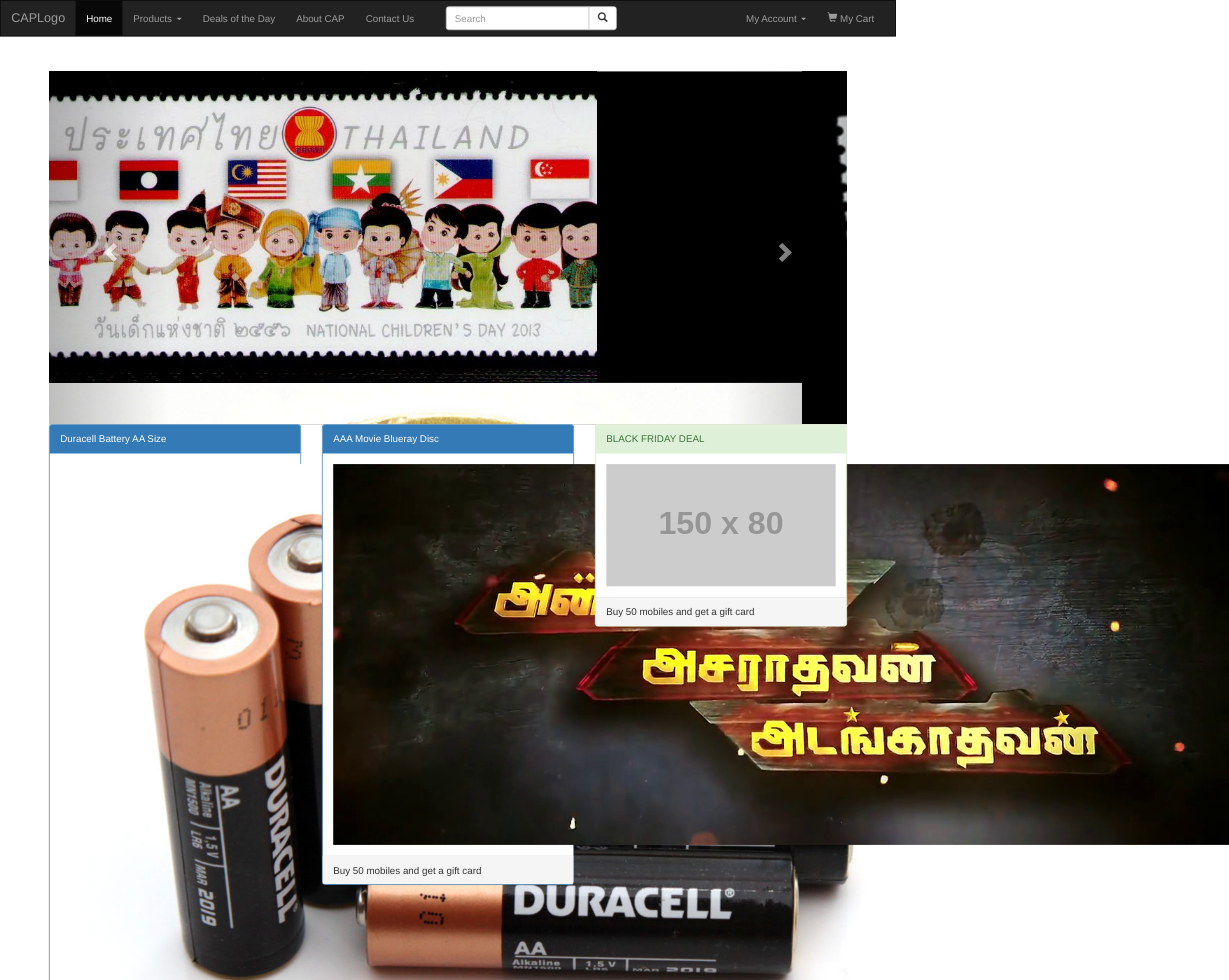
Repository: Guru-Raghavendran/CoinsAndPapers_webapp
Page: http://localhost/FrontEnd/WEB-INF/views/Home.jsp
The author's editor kept a copy of each file at every save. The page is drawn from the files as they stood at one save, then again after the next save.
The browser window is 1280 px wide. The page is 1756 px wide, so the pictures cover 1756 px, including what lies to the right of the window. The pictures show the part of the page from y = 0 to 1400 px (the page is 2304 px tall), at 70% of full size.
The page is served by Tomcat 9. Nobody is signed in. Other server files are loaded and not shown. The template is opened directly, without the code that normally fills it, so the values that code supplies are empty.

Above is the page before, as saved 2018-04-16 07:14:15.

### FrontEnd/src/main/webapp/WEB-INF/views/Home.jsp
<%@page isELIgnored="false" %>
<%@taglib uri="http://java.sun.com/jsp/jstl/core" prefix="c"%>
<%@taglib uri="http://www.springframework.org/tags/form" prefix="form"%>

<!DOCTYPE html>
<html lang="en">
<head>
<title>Home - Coppers and Papers</title>
<meta charset="utf-8">
<meta name="viewport" content="width=device-width, initial-scale=1">
<link rel="stylesheet"
	href="https://maxcdn.bootstrapcdn.com/bootstrap/3.3.7/css/bootstrap.min.css">
<script
	src="https://ajax.googleapis.com/ajax/libs/jquery/3.3.1/jquery.min.js"></script>
<script
	src="https://maxcdn.bootstrapcdn.com/bootstrap/3.3.7/js/bootstrap.min.js"></script>
<style>
/* Remove the navbar's default rounded borders and increase the bottom margin */
.navbar {
	margin-bottom: 50px;
	border-radius: 0;
}

/* Remove the jumbotron's default bottom margin */
.jumbotron {
	margin-bottom: 0;
}
/* .myCarousel{
  width:100vw;
  height:100vh;
} */
#myCarousel{
overflow:hidden;
background-color:black;

}
.carousel-inner{
  width:100%;
  height: 70vh ;

}

/* Add a gray background color and some padding to the footer */
footer {
	background-color: #f2f2f2;
	padding: 25px;
}
</style>
</head>
<body>

	<%@include file="NavBar.jsp" %>



	<div class="container fluid">
	<div id="myCarousel" class="carousel slide" data-ride="carousel">
  <!-- Indicators -->
  <ol class="carousel-indicators">
    <li data-target="#myCarousel" data-slide-to="0" class="active"></li>
    <li data-target="#myCarousel" data-slide-to="1"></li>
    <li data-target="#myCarousel" data-slide-to="2"></li>
  </ol>

  <!-- Wrapper for slides -->
  <div class="carousel-inner">
    <div class="item active">
      <img style="position: center;" src="<c:url value="/resources/images/stamp_thailand_childrensday2013.jpeg" />" alt="Image" style="width:100%;">
    </div>

    <div class="item">
      <img src="<c:url value="/resources/images/stampcollecting5-carousel5.jpg"/>" alt ="Image"style="width:100%;">
    </div>

    <div class="item-center">
      <img src="<c:url value="/resources/images/one mohur india.jpg"/>" alt ="Image"style="width:100%;">
    </div>
  </div>

  <!-- Left and right controls -->
  <a class="left carousel-control" href="#myCarousel" data-slide="prev">
    <span class="glyphicon glyphicon-chevron-left"></span>
    <span class="sr-only">Previous</span>
  </a>
  <a class="right carousel-control" href="#myCarousel" data-slide="next">
    <span class="glyphicon glyphicon-chevron-right"></span>
    <span class="sr-only">Next</span>
  </a>
</div>


</div>

	<div class="container">
		<div class="row">
			<div class="col-sm-4">
				<div class="panel panel-primary">
					<div class="panel-heading">Duracell Battery AA Size</div>
					<div class="panel-body">
						<img src="/FrontEnd/src/main/webapp/WEB-INF/resources/images/Duracell AA.jpg"
							style="width: 100% height:75vh" alt="Image">
					</div>
					<div class="panel-footer">Our Price:25/- only</div>
				</div>
			</div>
			<div class="col-sm-4">
				<div class="panel panel-primary">
					<div class="panel-heading">AAA Movie Blueray Disc</div>
					<div class="panel-body">
						<img src="AAA.jpg"  style="width: 100% height:75vh"
							alt="Image">
					</div>
					<div class="panel-footer">Buy 50 mobiles and get a gift card</div>
				</div>
			</div>
			<div class="col-sm-4">
				<div class="panel panel-success">
					<div class="panel-heading">BLACK FRIDAY DEAL</div>
					<div class="panel-body">
						<img src="https://placehold.it/150x80?text=IMAGE"
							class="img-responsive" style="width: 100%" alt="Image">
					</div>
					<div class="panel-footer">Buy 50 mobiles and get a gift card</div>
				</div>
			</div>
		</div>
	</div>
	<br>

	<div class="container">
		<div class="row">
			<div class="col-sm-4">
				<div class="panel panel-primary">
					<div class="panel-heading">Summer Sale</div>
					<div class="panel-body">
						<img src="https://placehold.it/150x80?text=IMAGE"
							class="img-responsive" style="width: 100%" alt="Image">
					</div>
					<div class="panel-footer">Buy 50 mobiles and get a gift card</div>
				</div>
			</div>
			<div class="col-sm-4">
				<div class="panel panel-primary">
					<div class="panel-heading">BLACK FRIDAY DEAL</div>
					<div class="panel-body">
						<img src="https://placehold.it/150x80?text=IMAGE"
							class="img-responsive" style="width: 100%" alt="Image">
					</div>
					<div class="panel-footer">Buy 50 mobiles and get a gift card</div>
				</div>
			</div>
			<div class="col-sm-4">
				<div class="panel panel-primary">
					<div class="panel-heading">BLACK FRIDAY DEAL</div>
					<div class="panel-body">
						<img src="https://placehold.it/150x80?text=IMAGE"
							class="img-responsive" style="width: 100%" alt="Image">
					</div>
					<div class="panel-footer">Buy 50 mobiles and get a gift card</div>
				</div>
			</div>
		</div>
	</div>
	<br>
	<br>

	<footer class="container-fluid text-center">
		<p>Online Store Copyright</p>
		<form class="form-inline">
			Get deals: <input type="email" class="form-control" size="50"
				placeholder="Email Address">
			<button type="button" class="btn btn-danger">Sign Up</button>
		</form>
		<h2>Payment Options</h2>
		<img src="payment.JPG">


	</footer>

</body>
</html>

### FrontEnd/src/main/webapp/WEB-INF/views/NavBar.jsp
<%@page isELIgnored="false" %>
     <%@taglib uri="http://java.sun.com/jsp/jstl/core" prefix="c"%>
     <%@taglib uri="http://www.springframework.org/tags/form" prefix="form"%>
<!DOCTYPE html>
<html>
<head>
<meta http-equiv="Content-Type" content="text/html; charset=ISO-8859-1">

</head>
<body>

	<nav class="navbar navbar-inverse">
		<div class="container-fluid">
			<div class="navbar-header">
				<button type="button" class="navbar-toggle" data-toggle="collapse"
					data-target="#myNavbar">
					<span class="icon-bar"></span> <span class="icon-bar"></span> <span
						class="icon-bar"></span>
				</button>
				<a class="navbar-brand" href="#">CAPLogo</a>
			</div>
			<div class="collapse navbar-collapse" id="myNavbar">
				<ul class="nav navbar-nav">
					<li class="active"><a href=" ">Home</a></li>

					<li class="dropdown"><a class="dropdown-toggle"
						data-toggle="dropdown" href="#">Products <span class="caret"></span></a>
						<ul class="dropdown-menu">
							<li class="dropdown-header">Coins</li>
							<li><a href="#">Indian New Coins</a></li>
							<li><a href="#">Indian Ancient Coins</a></li>
							<li><a href="#">Foreign New Coins</a></li>
							<li><a href="#">Foreign Ancient Coins</a></li>
							<li class="divider"></li>
							<li class="dropdown-header">Stamps</li>
							<li><a href="#">Indian New Stamps</a></li>
							<li><a href="#">Indian Ancient Stamps</a></li>
							<li><a href="#">Foreign New Stamps</a></li>
							<li><a href="#">Foreign Ancient Stamps</a></li>
						</ul></li>


					<li><a href="#">Deals of the Day</a></li>
					<li><a href="AboutUs">About CAP</a></li>
					<li><a href="ContactUs">Contact Us</a></li>
					</ul>
					<div class="col-sm-3 col-md-3">
        <form class="navbar-form " role="search">
        <div class="input-group">
            <input type="text" class="form-control" placeholder="Search" name="q">
            <div class="input-group-btn" >
                <button class="btn btn-default" type="submit"><i class="glyphicon glyphicon-search"></i></button>
            </div>
        </div>
        </form>
    </div>

				<ul class="nav navbar-nav navbar-right">

					<li class="dropdown"><a class="dropdown-toggle"
						data-toggle="dropdown" href="#">My Account <span class="caret"></span></a>
						<ul class="dropdown-menu">


							<li><a href="Login"><span
									class="glyphicon glyphicon-user"></span> Login</a></li>
							<li><a href="SignUp"><span
									class="glyphicon glyphicon-user"></span> Sign Up</a></li>
						</ul></li>
					<li><a href="#"><span
							class="glyphicon glyphicon-shopping-cart"></span> My Cart</a></li>
				</ul>
			</div>
		</div>
	</nav>




</body>
</html>

After the next save:
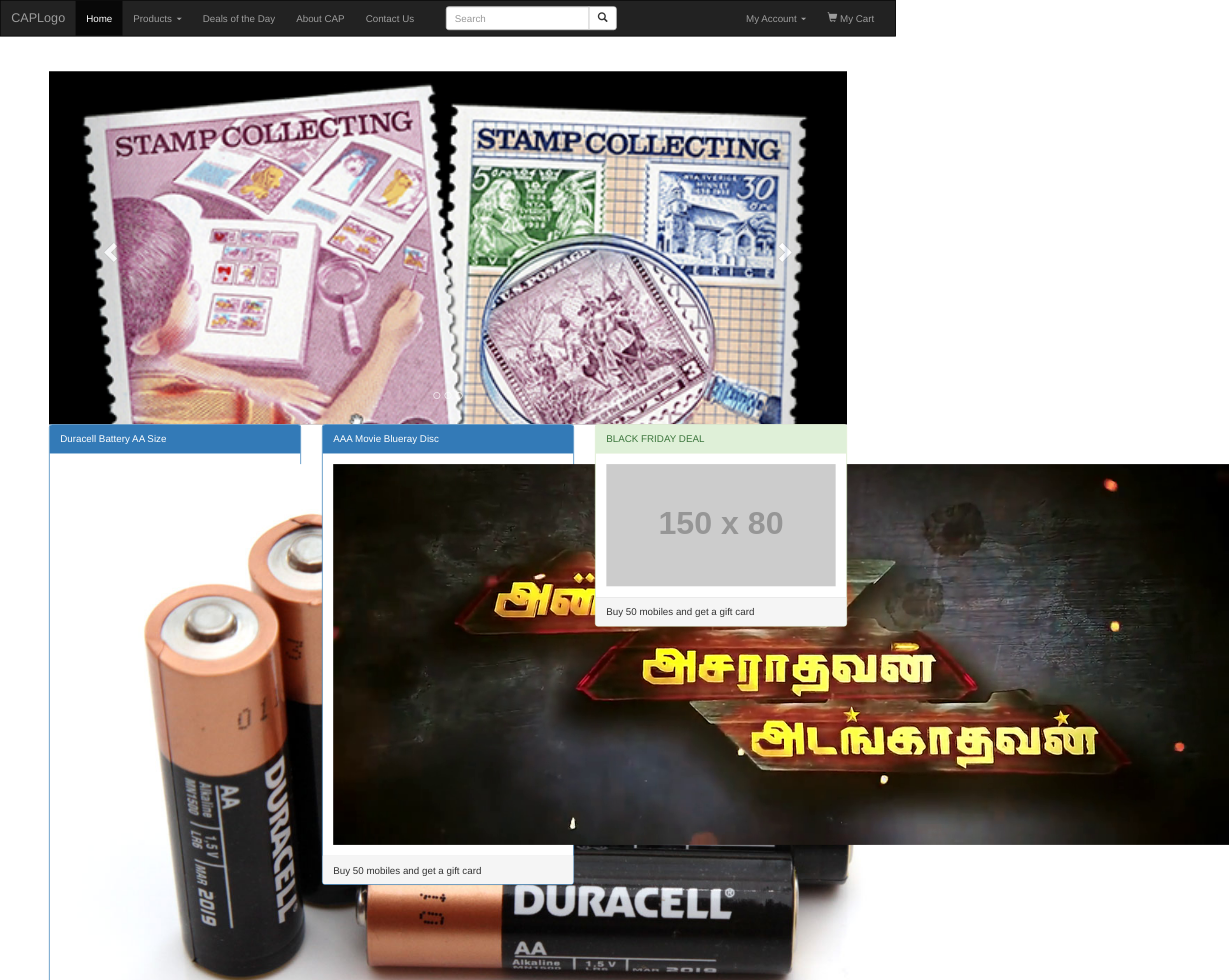
Console error: TypeError: Cannot read properties of undefined (reading 'offsetWidth')
Saved 52 s later.
--- a/FrontEnd/src/main/webapp/WEB-INF/views/Home.jsp
+++ b/FrontEnd/src/main/webapp/WEB-INF/views/Home.jsp
@@ -64,11 +64,11 @@
 
   <!-- Wrapper for slides -->
   <div class="carousel-inner">
-    <div class="item active">
+    <div class="item active-center">
       <img style="position: center;" src="<c:url value="/resources/images/stamp_thailand_childrensday2013.jpeg" />" alt="Image" style="width:100%;">
     </div>
 
-    <div class="item">
+    <div class="item-center">
       <img src="<c:url value="/resources/images/stampcollecting5-carousel5.jpg"/>" alt ="Image"style="width:100%;">
     </div>
 

After the save that followed:
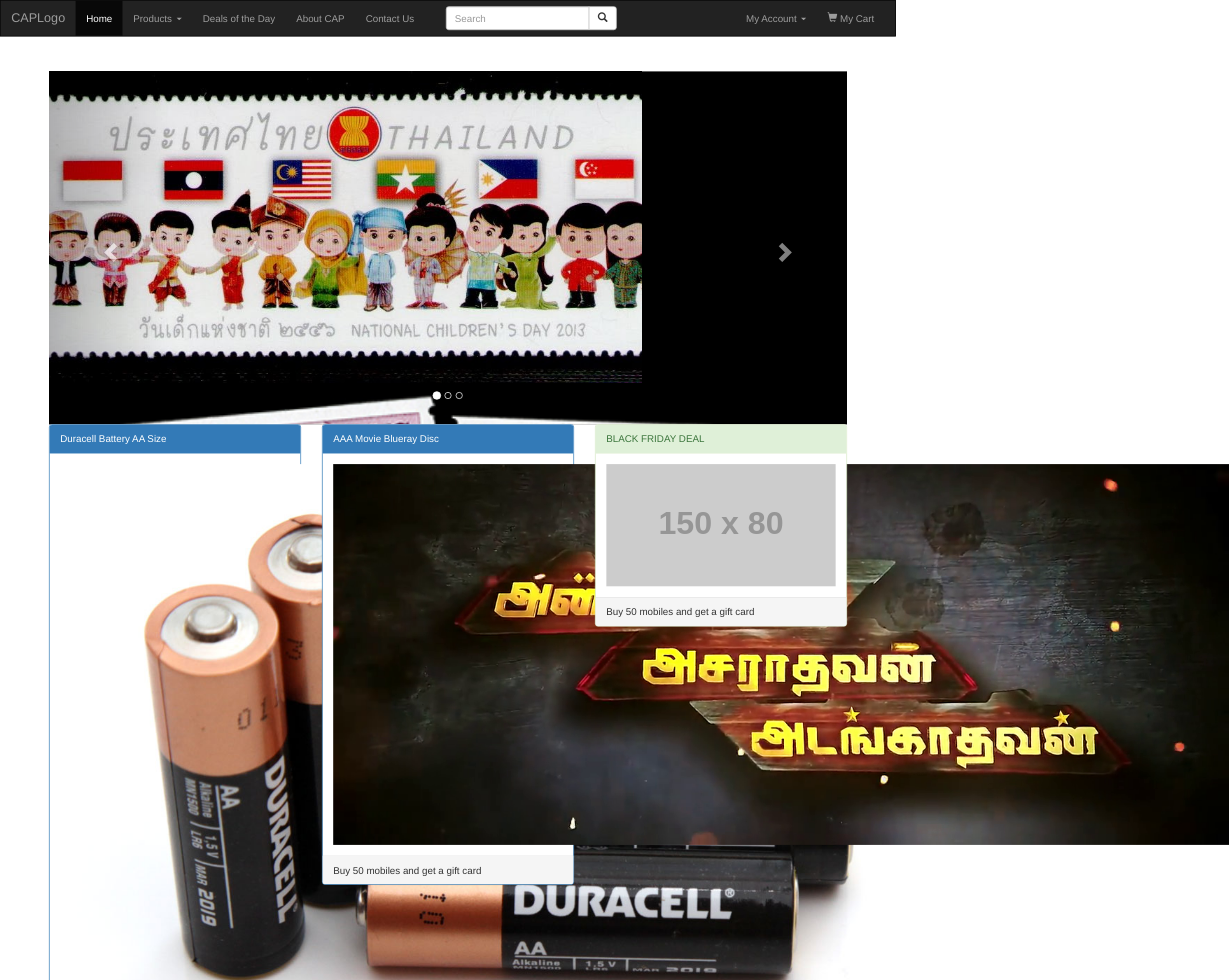
The error is gone.
Saved 14 s later.
--- a/FrontEnd/src/main/webapp/WEB-INF/views/Home.jsp
+++ b/FrontEnd/src/main/webapp/WEB-INF/views/Home.jsp
@@ -64,7 +64,7 @@
 
   <!-- Wrapper for slides -->
   <div class="carousel-inner">
-    <div class="item active-center">
+    <div class="item active">
       <img style="position: center;" src="<c:url value="/resources/images/stamp_thailand_childrensday2013.jpeg" />" alt="Image" style="width:100%;">
     </div>
 
